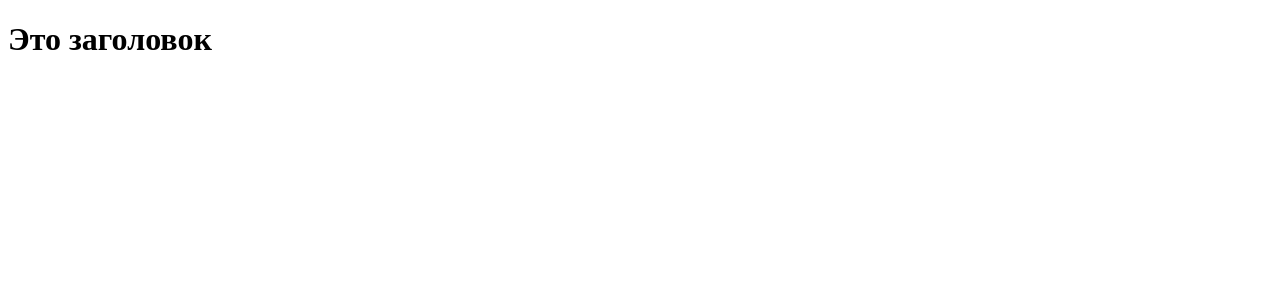
Repository: annamsklv/web
Page: seminar2_26.01/product page.html
The author's editor kept a copy of each file at every save. The page is drawn from the files as they stood at one save, then again after the next save.
The browser window is 1280 px wide. The pictures show the whole page.

Above is the page before, as saved 2023-02-01 18:56:30.

After the next save:
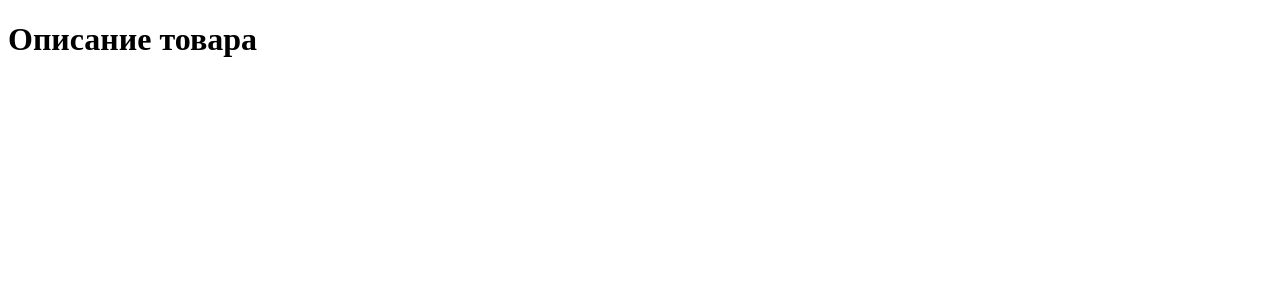
Saved 10 s later.
--- a/seminar2_26.01/product page.html
+++ b/seminar2_26.01/product page.html
@@ -16,7 +16,7 @@
 <body>
 
     <div class="header"></div>
-    <h1 class="title">Это заголовок</h1>
+    <h1 class="title">Описание товара</h1>
 
 <div class="footer">
 
